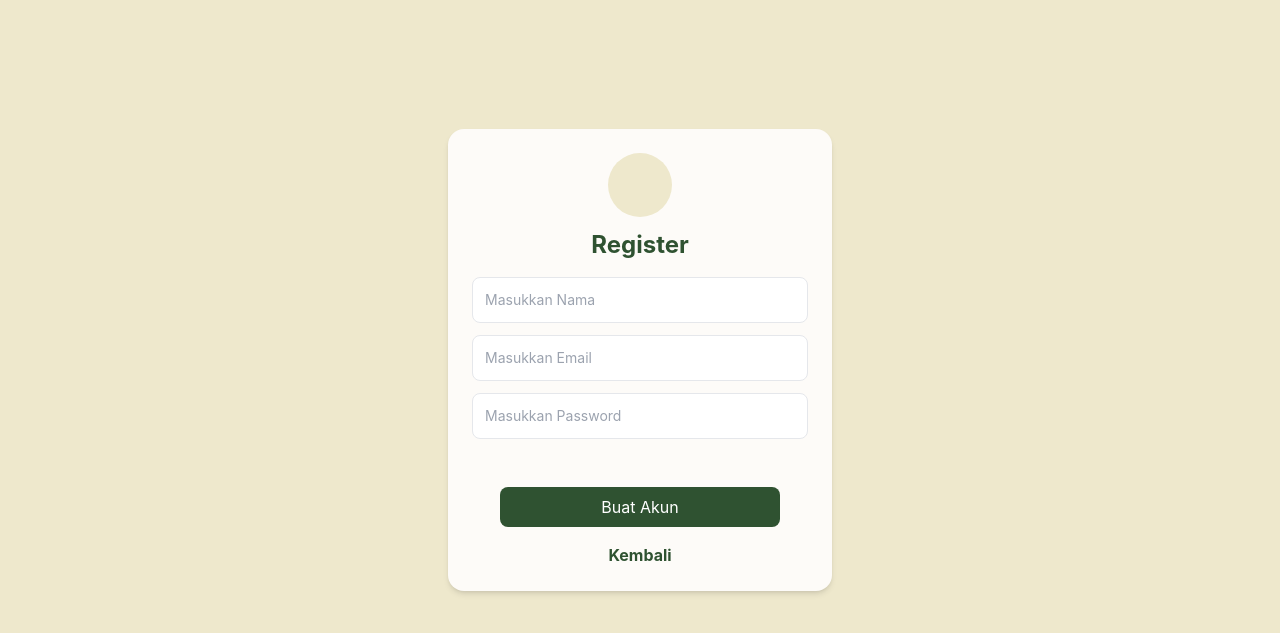
Repository: PajarAland/DiagramCoffee
Page: /register
An editor plug-in stored every save of this project. The page is shown before and after the next save, followed by the edit.
The browser window is 1280 px wide. The pictures show the whole page.
The project was rebuilt for these pictures with package versions that can differ from the ones it lists, and the page was loaded fresh each time. Also part of the build but not shown: vite.config.js, src/pages/Landing.jsx, src/pages/Login.jsx.

Above is the page before, as saved 2026-04-25 01:32:08.

After the next save:
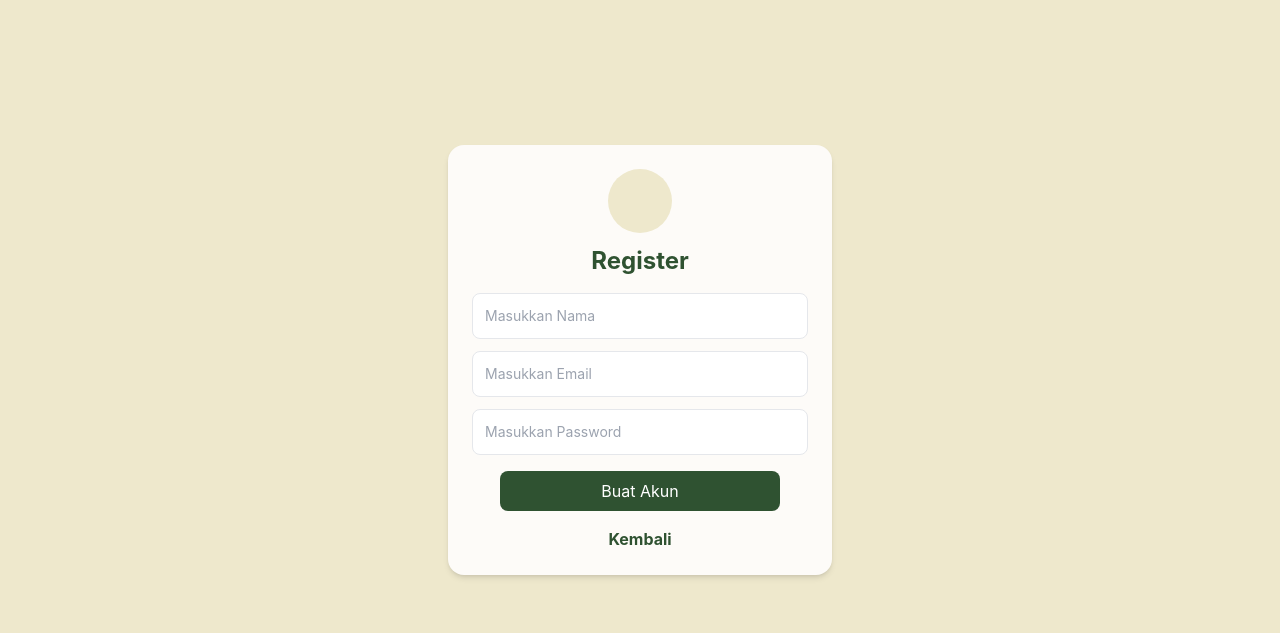
Saved 5 s later.
--- a/src/pages/Register.jsx
+++ b/src/pages/Register.jsx
@@ -50,7 +50,7 @@ function Register() {
             {/* Button */}
             <button
                 type="submit"
-                className="w-10/12 bg-[#2F5231] text-white py-2 rounded-lg !mt-12"
+                className="w-10/12 bg-[#2F5231] text-white py-2 rounded-lg !mt-4"
             >
                 Buat Akun
             </button>
